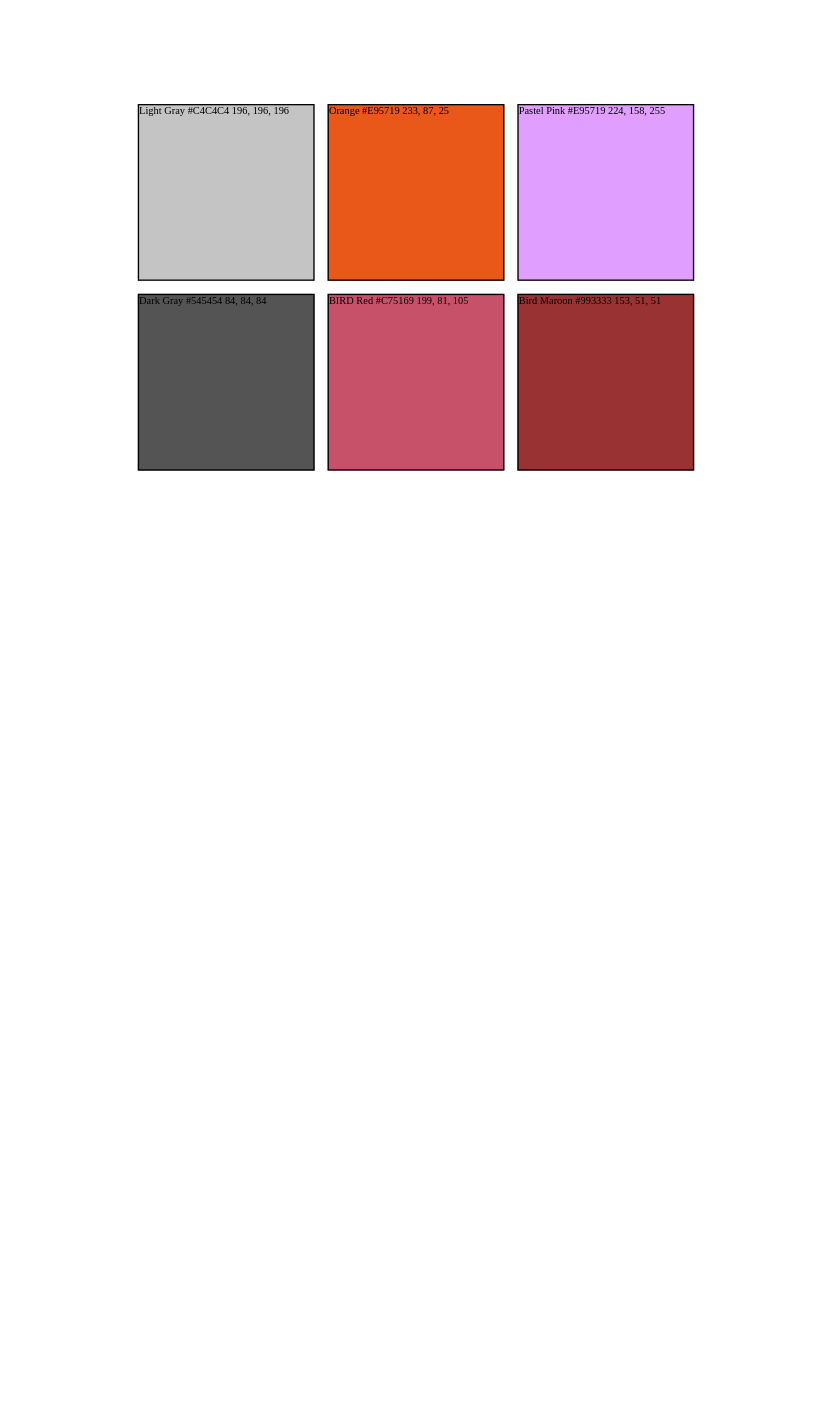
Repository: Levic559/bird-styleguide
Page: color/index.html
An editor plug-in stored every save of this project. The page is shown before and after the next save, followed by the edit.
The browser window is 1280 px wide. The pictures show the whole page, at 65% of full size.

Above is the page before, as saved 2021-03-22 02:26:04.

### color/index.html
<!DOCTYPE html>
<html>
    <head>
        <title>
            Colour Palette
        </title>
        <link rel="preconnect" href="https://fonts.gstatic.com">
        <link href="https://fonts.googleapis.com/css2?family=Archivo:wght@700&family=Roboto:wght@400;700&display=swap" rel="stylesheet">
        <link href="style.css" rel="stylesheet">
    </head>

    <body>
        <div class="main">
            <!--6 colours container-->
            <div class="colors">
                <div class = row>
                    <div class="cell lightgray">
                        <span>Light Gray</span>
                        <span>#C4C4C4</span>
                        <span>196, 196, 196</span>
                    </div>
                    <div class="cell orange">
                        <div>
                            <span>Orange</span>
                            <span>#E95719</span>
                            <span>233, 87, 25</span>
                        </div>
                    </div>
                    <div class="cell pink">
                        <span>Pastel Pink</span>
                        <span>#E95719</span>
                        <span>224, 158, 255</span>
                    </div>
                </div>
                <div class = row>
                    <div class="cell darkgray">
                        <span>Dark Gray</span>
                        <span>#545454</span>
                        <span>84, 84, 84</span>
                    </div>
                    <div class="cell red">
                        <span>BIRD Red</span>
                        <span>#C75169</span>
                        <span>199, 81, 105</span>
                    </div>
                    <div class="cell maroon">
                        <span>Bird Maroon</span>
                        <span>#993333</span>
                        <span>153, 51, 51</span>
                    </div>
                </div>
            </div>

            <div class="colortext">

            </div>
        </div>
    </body>
</html>

### color/style.css
body {
    margin: 0px;
    padding: 0px;
}

.main {
    width: 100vw;
    height: 300vh;
    display: flex;
    flex-direction: column;
    justify-content: flex-start;
    align-items: center;
}

.colors {
    display: flex;
    flex-direction: column;
    margin-top: 150px;
}

.row {
    display: flex;
    flex-direction: row;
}

.cell {
    border: black 2px solid;
    margin: 10px;
    min-height: 268px;
    min-width: 268px;
}

.hovercontainers {
    display: flex;
    flex-direction: column;
    justify-content: center;
    align-items: center;
    opacity: 1;
}

.hovercontainers > span {
    color: white;
    font-family: Roboto;
}

.lightgray {
    background-color: #C4C4C4;
}
.orange {
    background-color: #E95719;
}
.pink {
    background-color: #E09EFF;
}
.darkgray {
    background-color: #545454;
}
.red {
    background-color: #C75169;
}
.maroon {
    background-color: #993333;
}

After the next save:
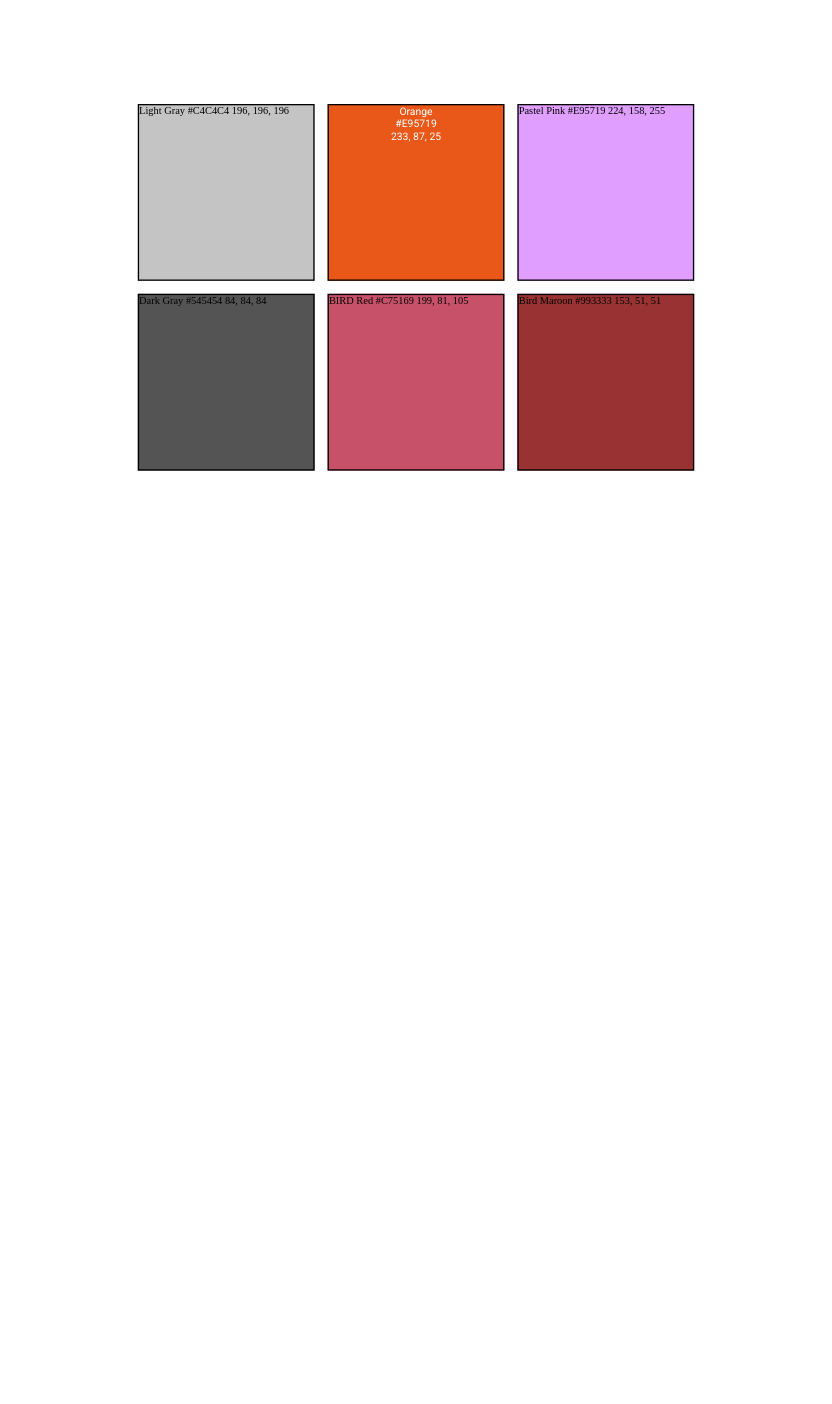
Saved 13 s later.
--- a/color/index.html
+++ b/color/index.html
@@ -20,7 +20,7 @@
                         <span>196, 196, 196</span>
                     </div>
                     <div class="cell orange">
-                        <div>
+                        <div class="hovercontainers">
                             <span>Orange</span>
                             <span>#E95719</span>
                             <span>233, 87, 25</span>
